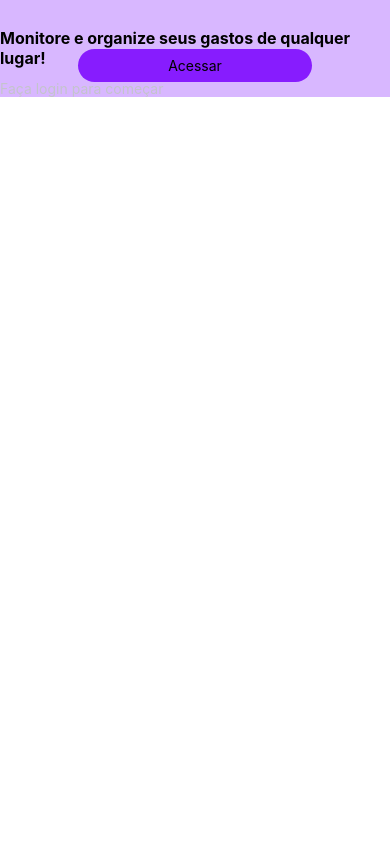
Repository: zz4fff/finance2
Page: /
These files come from the project's save history. The page is drawn as it stood at one moment and after the next save; the edit follows.
The browser window is 390 px wide. The pictures show the whole page.
The app was drawn by React Native's web renderer in a window 390 px wide. The project was rebuilt for these pictures with package versions that can differ from the ones it lists, and the page was loaded fresh each time. Some packages were replaced by stand-ins written for this rebuild.

Above is the page before, as saved 2026-04-17 19:25:02.

After the next save:
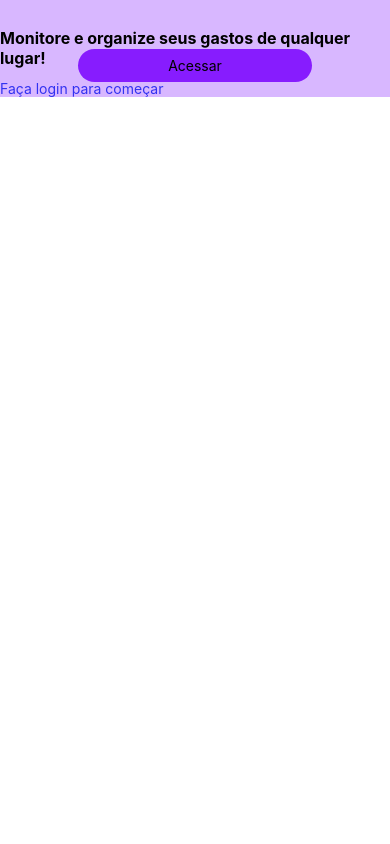
Saved 104 s later.
--- a/src/pages/Welcome/index.js
+++ b/src/pages/Welcome/index.js
@@ -32,7 +32,7 @@ const styles = StyleSheet.create({
   },
 
   text: {
-    color: "#c4c4cc",
+    color: "#3232f1",
   },
 
   button: {
